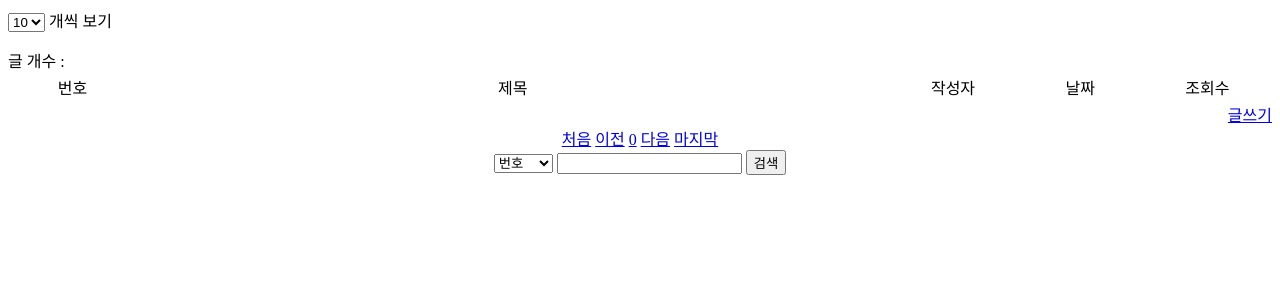
Repository: ekgus419/hckj
Page: http://localhost/Railro/WEB-INF/views/notice/noticeList.jsp
These files come from the project's save history. The page is drawn as it stood at one moment and after the next save; the edit follows.
The browser window is 1280 px wide. The pictures show the whole page.
The page is served by Tomcat 9. Nobody is signed in. Other server files are loaded and not shown. The template is opened directly, without the code that normally fills it, so the values that code supplies are empty.

Above is the page before, as saved 2016-08-30 10:43:38.

### Railro/src/main/webapp/WEB-INF/views/notice/noticeList.jsp
<%@ page language="java" pageEncoding="UTF-8" trimDirectiveWhitespaces="true"%>
<%@ taglib prefix="c" uri="http://java.sun.com/jsp/jstl/core" %>

<div class="content">
	<div class="setting">
		<div class="limit-setting">
			<form action="" method="get">
				<select name="limit" onchange="this.form.submit()">
					<option value="5">5</option>
					<option value="10" selected="selected">10</option>
					<option value="15">15</option>
					<option value="20">20</option>
				</select>
				개씩 보기
			</form>
		</div>
		<span>글 개수 : <b>${listCount}</b></span>
	</div>
	<table class="list" width="100%">
		<tr class="list-col" align="center" valign="middle">
			<td width="10%">
				<div align="center">번호</div>
			</td>
			<td width="60%">
				<div align="center">제목</div>
			</td>
			<td width="10%">
				<div align="center">작성자</div>
			</td>
			<td width="10%">
				<div align="center">날짜</div>
			</td>
			<td width="10%">
				<div align="center">조회수</div>
			</td>
		</tr>
		<c:forEach var="notice" items="${noticeList}">
			<tr class="list_contents" align="center" valign="middle"
				onmouseover="this.style.backgroundColor='#fcfcfc'"
				onmouseout="this.style.backgroundColor=''">
				<td>
					<div align="center">${notice.ID}</div>
				</td>
				<td>
					<a href="noticeDetail.htm?ID=${notice.ID}">
						<div align="left">${notice.TITLE}</div>
					</a>
				</td>
				<td>
					<div align="center">${notice.WRITER}</div>
				</td>
				<td>
					<div align="center">${notice.REGDATE}</div>
				</td>
				<td>
					<div align="center">${notice.HIT}</div>
				</td>
			</tr>
		</c:forEach>
	</table>
	<div class="register-btn" align="right">
		<span><a href="javascript:void(0)" onclick="location.href='noticeReg.htm'">글쓰기</a></span>
	</div>
	<div class="paging" align="center">
		<jsp:include page="paging.jsp" flush="true">
			<jsp:param name="firstPageNo" value="${paging.firstPageNo}" />
			<jsp:param name="prevPageNo" value="${paging.prevPageNo}" />
			<jsp:param name="startPageNo" value="${paging.startPageNo}" />
			<jsp:param name="pageNo" value="${paging.pageNo}" />
			<jsp:param name="endPageNo" value="${paging.endPageNo}" />
			<jsp:param name="nextPageNo" value="${paging.nextPageNo}" />
			<jsp:param name="finalPageNo" value="${paging.finalPageNo}" />
		</jsp:include>
	</div>
	<div class="search" align="center">
		<form action="noticeList.htm" method="get">
			<select name="keyField">
				<option value="ID">번호</option>
				<option value="WRITER">작성자</option>
				<option value="TITLE">제목</option>
			</select>
			<input type="text" name="keyWord"/>
			<input class="submit" type="submit" value="검색"/>
		</form>
	</div>
</div>

<script type="text/javascript">
	function goPage(pageNo){
		document.this.form.pageNo.value = pageNo;
		document.this.form.submit();
		console.log("pageNo : " + pageNo);
	}

</script>

### Railro/src/main/webapp/WEB-INF/views/notice/paging.jsp
<%@ page language="java" contentType="text/html; charSet=UTF-8" pageEncoding="UTF-8" %>
<%@ taglib prefix="c" uri="http://java.sun.com/jsp/jstl/core" %>

<div class="pagination">
	<a href="javascript:goPage(${param.firstPageNo})" class="first">처음</a>
	<a href="javascript:goPage(${param.prevPageNo})" class="prev">이전</a>
	<span>
		<c:forEach var="i" begin="${param.startPageNo}" end="${param.endPageNo}" step="1">
			<c:choose>
				<c:when test="${i eq param.pageNo}">
					<a href="javascript:goPage(${i})" class="selected">${i}</a>
				</c:when>
				<c:otherwise>
					<a href="javascript:goPage(${i})">${i}</a>
				</c:otherwise>
			</c:choose>
		</c:forEach>
	</span>
	<a href="javascript:goPage(${param.nextPageNo})" class="next">다음</a>
	<a href="javascript:goPage(${param.finalPageNo})" class="last">마지막</a>
</div>

After the next save:
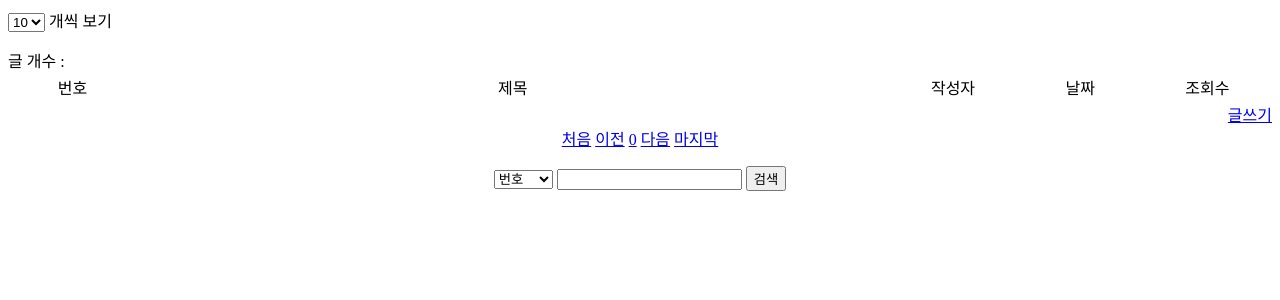
Saved 2 min 2 s later.
--- a/Railro/src/main/webapp/WEB-INF/views/notice/noticeList.jsp
+++ b/Railro/src/main/webapp/WEB-INF/views/notice/noticeList.jsp
@@ -16,6 +16,9 @@
 		</div>
 		<span>글 개수 : <b>${listCount}</b></span>
 	</div>
+
+	<form name="listForm" action="/paging.ok" method="post">
+
 	<table class="list" width="100%">
 		<tr class="list-col" align="center" valign="middle">
 			<td width="10%">
@@ -72,6 +75,9 @@
 			<jsp:param name="finalPageNo" value="${paging.finalPageNo}" />
 		</jsp:include>
 	</div>
+
+	</form>
+
 	<div class="search" align="center">
 		<form action="noticeList.htm" method="get">
 			<select name="keyField">
@@ -87,8 +93,8 @@
 
 <script type="text/javascript">
 	function goPage(pageNo){
-		document.this.form.pageNo.value = pageNo;
-		document.this.form.submit();
+		document.listForm.pageNo.value = pageNo;
+		document.listForm.form.submit();
 		console.log("pageNo : " + pageNo);
 	}
 
